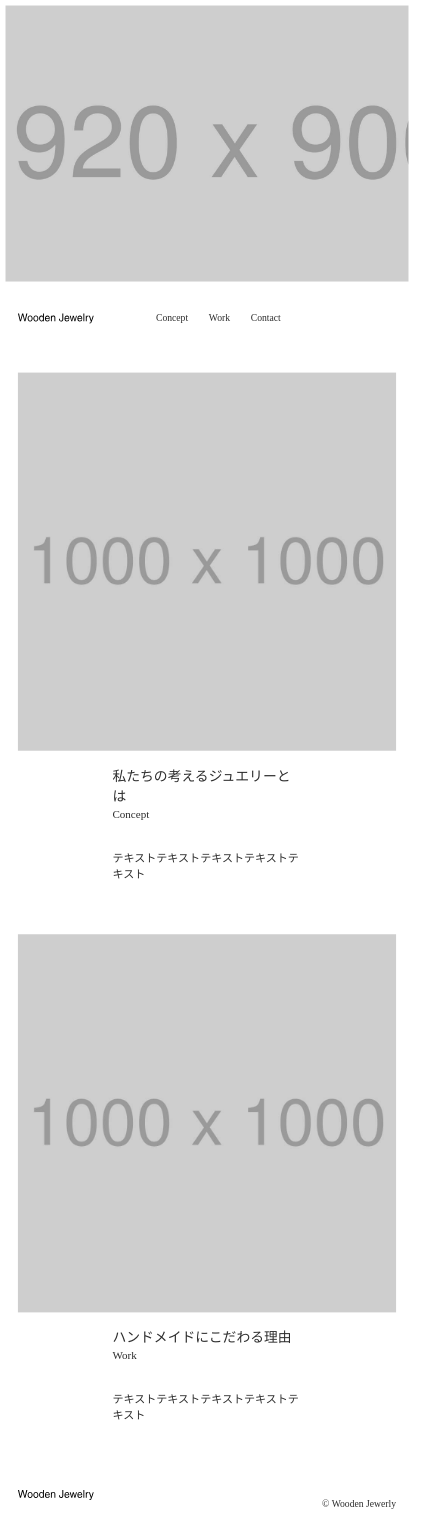
Repository: Fuki-san/jewelry
Page: http://localhost/jewelry
The author's editor kept a copy of each file at every save. The page is drawn from the files as they stood at one save, then again after a run of saves.
The browser window is 600 px wide. The page is 628 px wide, so the pictures cover 628 px, including what lies to the right of the window. The pictures show the whole page, at 69% of full size.
The page is served by the project's Laravel application, run on PHP 8.4 with Laravel 10.

Above is the page before, as saved 2023-11-26 15:12:06.

After the next 2 saves:
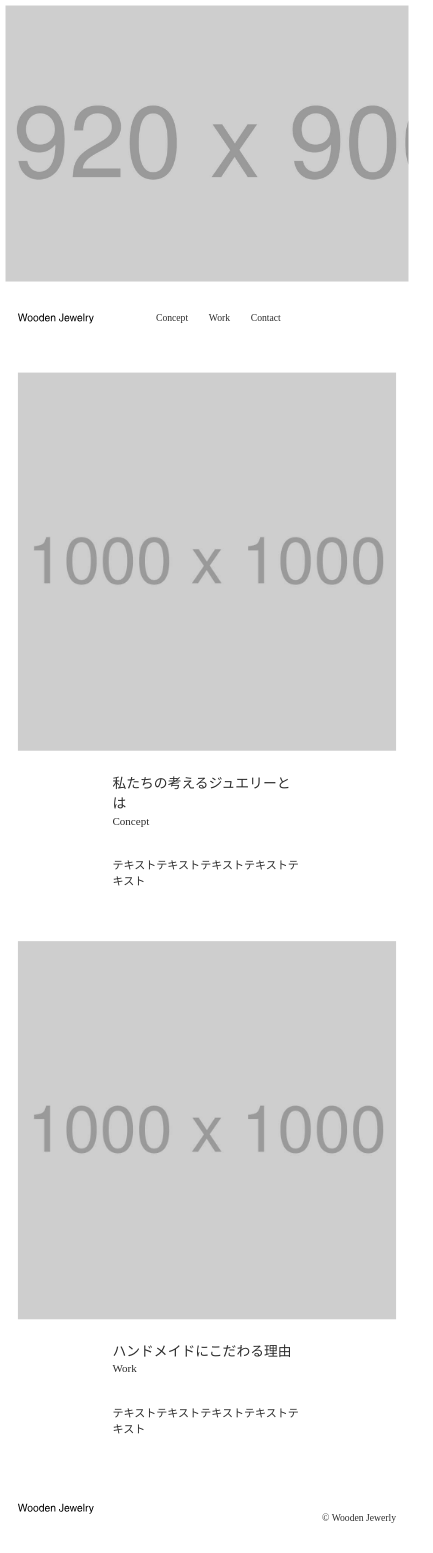
The 2 saves are shown as one change because they came seconds apart.
The last was saved 7 s later.
--- a/public/css/style.css
+++ b/public/css/style.css
@@ -124,6 +124,6 @@ img{
     }
     .content .img{
         width: 100%;
-        ma
+        margin-bottom: 10px;
     }
 }
